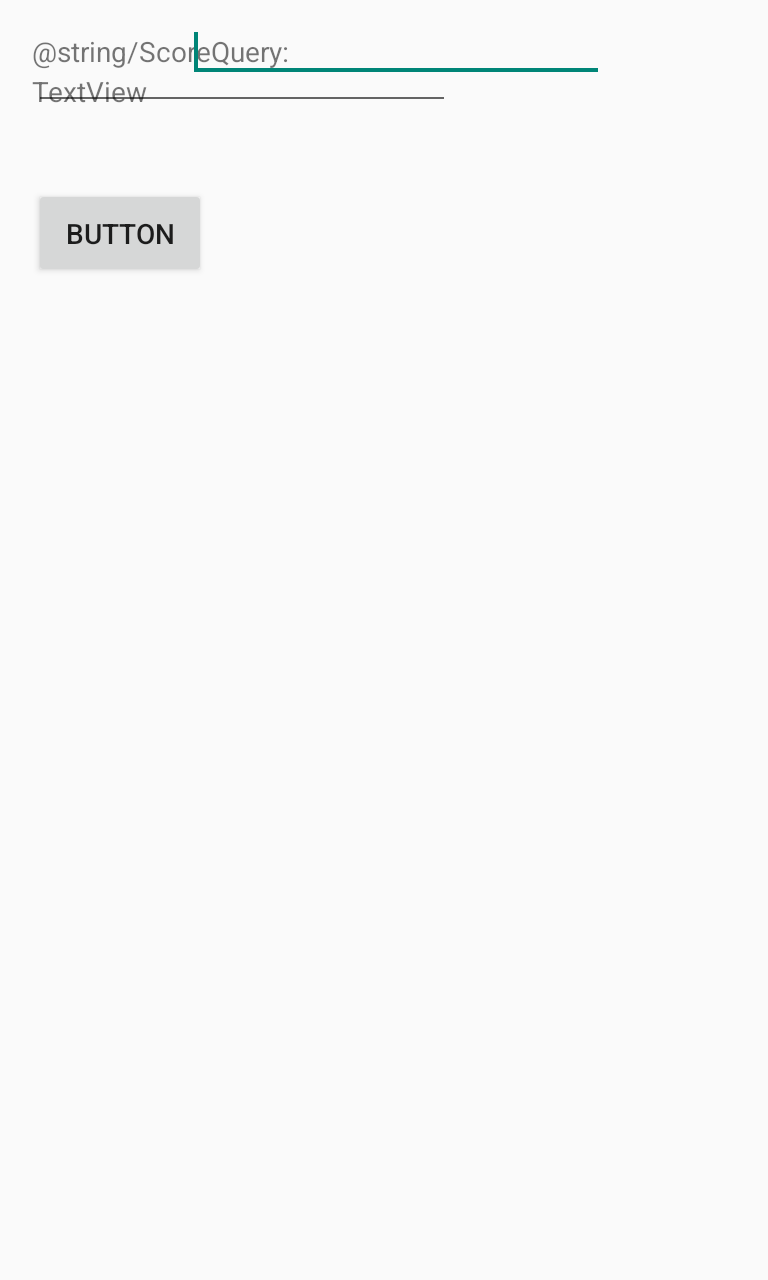
Repository: DaisyDong/AndroidPath
Layout: ScoreQurey/res/layout/activity_main.xml
An editor plug-in stored every save of this project. The layout is shown before and after the next save, followed by the edit.
It is drawn on a 768 x 1280 px phone screen (xhdpi) without system bars, with theme AppTheme; the app's code is not run.

Above is the layout before, as saved 2015-04-19 09:13:19.

After the next save:
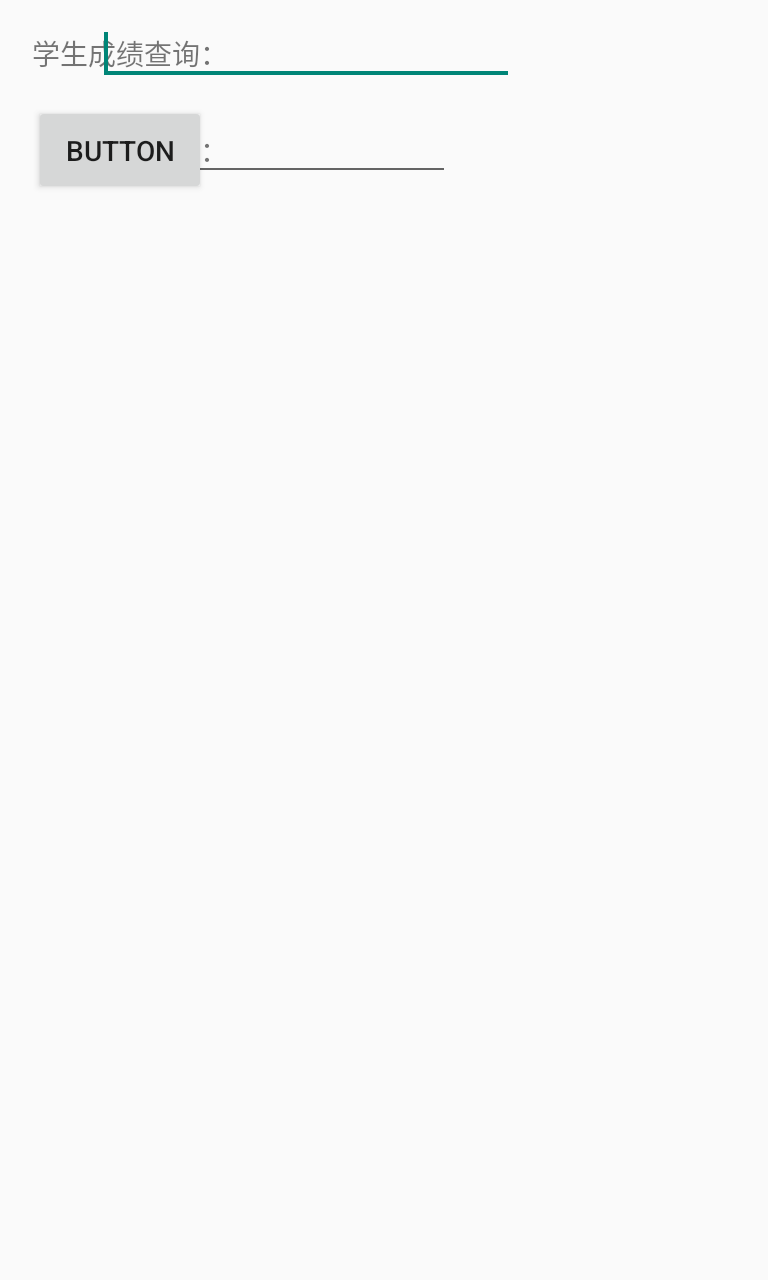
Saved 7 min 7 s later.
--- a/ScoreQurey/res/layout/activity_main.xml
+++ b/ScoreQurey/res/layout/activity_main.xml
@@ -12,7 +12,7 @@
         android:id="@+id/tv1"
         android:layout_width="wrap_content"
         android:layout_height="wrap_content"
-        android:text="@string/ScoreQuery:" />
+        android:text="学生成绩查询：" />
 
     <TextView
         android:id="@+id/tv2"
@@ -21,7 +21,7 @@
         android:layout_alignLeft="@+id/tv2"
         android:layout_below="@+id/tv2"
         android:layout_marginTop="15dp"
-        android:text="QueryName:" />
+        android:text="姓名:" />
 
     <EditText
         android:id="@+id/et1"
@@ -39,16 +39,16 @@
         android:id="@+id/tv3"
         android:layout_width="wrap_content"
         android:layout_height="wrap_content"
-        android:layout_alignRight="@+id/textView1"
-        android:layout_below="@+id/editText1"
+        android:layout_alignRight="@+id/tv1"
+        android:layout_below="@+id/et1"
         android:layout_marginTop="20dp"
-        android:text="TextView" />
+        android:text="学号：" />
 
     <EditText
-        android:id="@+id/editText2"
+        android:id="@+id/et2"
         android:layout_width="wrap_content"
         android:layout_height="wrap_content"
-        android:layout_alignBaseline="@+id/textView3"
+        android:layout_alignBaseline="@+id/tv3"
         android:layout_alignBottom="@+id/textView3"
         android:layout_toRightOf="@+id/textView3"
         android:ems="10" />
